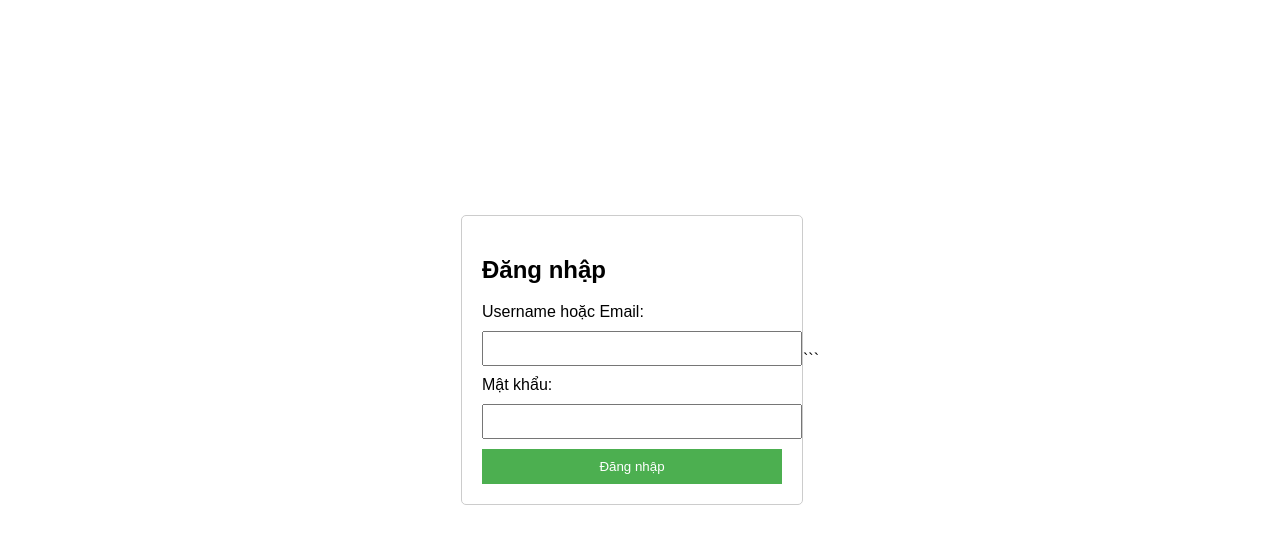
Repository: langochungdev/SOF3012_Java4
Page: http://localhost/Lab4/pages/b2.jsp
The author's editor kept a copy of each file at every save. The page is drawn from the files as they stood at one save, then again after the next save.
The browser window is 1280 px wide. The pictures show the whole page.
The page is served by Tomcat 10. Other server files are loaded and not shown.

Above is the page before, as saved 2025-05-29 13:07:48.

### Lab4/src/main/webapp/pages/b2.jsp
<%@ page language="java" contentType="text/html; charset=UTF-8" pageEncoding="UTF-8"%>
<%@ taglib uri="http://java.sun.com/jsp/jstl/core" prefix="c" %>
<!DOCTYPE html>
<html>
<head>
    <meta charset="UTF-8">
    <title>Đăng nhập</title>
    <style>
        body { font-family: Arial, sans-serif; display: flex; justify-content: center; align-items: center; height: 100vh; margin: 0; }
        .login-container { width: 300px; padding: 20px; border: 1px solid #ccc; border-radius: 5px; }
        .error { color: red; }
        input[type="text"], input[type="password"] { width: 100%; padding: 8px; margin: 10px 0; }
        input[type="submit"] { width: 100%; padding: 10px; background-color: #4CAF50; color: white; border: none; cursor: pointer; }
    </style>
</head>
<body>
    <div class="login-container">
        <h2>Đăng nhập</h2>
        <c:if test="${not empty error}">
            <p class="error">${error}</p>
        </c:if>
        <form action="login" method="post">
            <label>Username hoặc Email:</label>
            <input type="text" name="idOrEmail" required>
            <label>Mật khẩu:</label>
            <input type="password" name="password" required>
            <input type="submit" value="Đăng nhập">
        </form>
    </div>
</body>
</html>
```

After the next save:
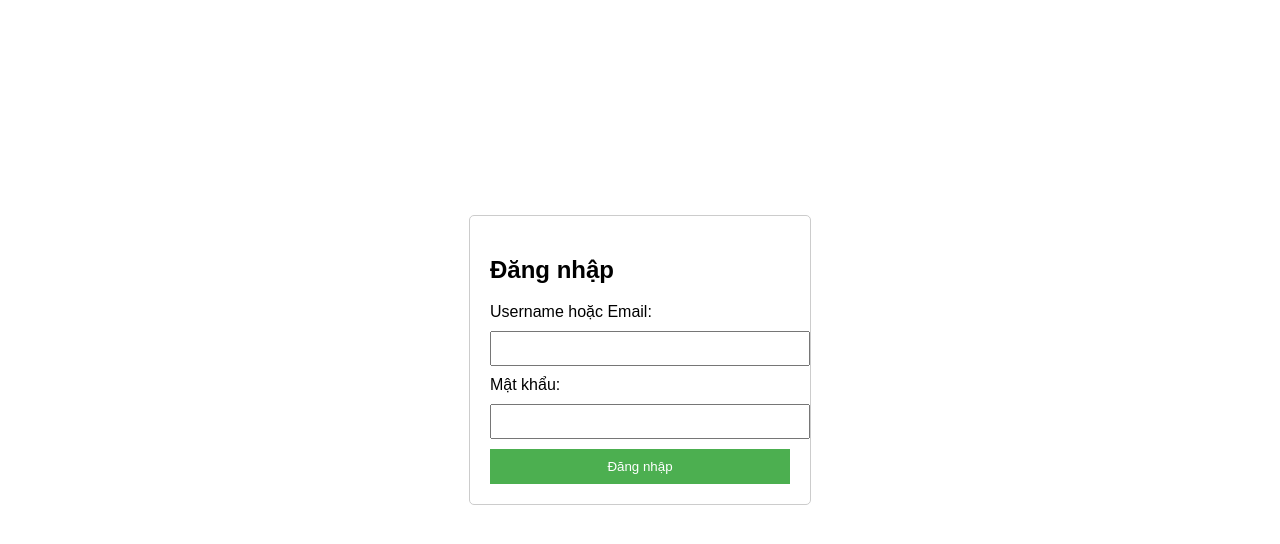
Saved 45 s later.
--- a/Lab4/src/main/webapp/pages/b2.jsp
+++ b/Lab4/src/main/webapp/pages/b2.jsp
@@ -29,4 +29,3 @@
     </div>
 </body>
 </html>
-```
